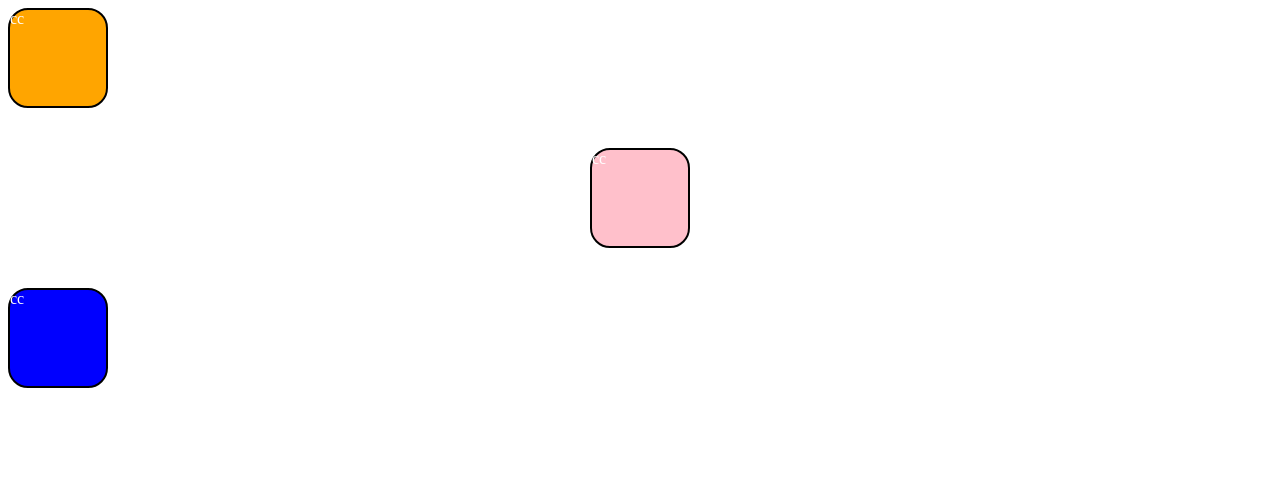
Repository: 16-Doffy/howtouse-htmlcss
Page: box_sizing/index.html
These files come from the project's save history. The page is drawn as it stood at one moment and after the next save; the edit follows.
The browser window is 1280 px wide. The pictures show the whole page.

Above is the page before, as saved 2024-12-20 19:38:17.

### box_sizing/index.html
<!DOCTYPE html>
<html lang="en">
<head>
    <meta charset="UTF-8">
    <meta name="viewport" content="width=device-width, initial-scale=1.0">
    <link rel="stylesheet" href="styles.css">
    <title>Box-Sizing</title>
</head>
<body>
        <div class="boxed">cc</div>
        <div class="boxed">cc</div>
        <div class="boxed">cc</div>
        <div class="follow"></div>
</body>
</html>

### box_sizing/styles.css

*,
*::before,
*::after{
    box-sizing: border-box;
}
.boxed{
    width: 100px;
    height: 100px;
    border-radius: 20px;
    border: 2px solid black;
    background-color: blue;
    color: white;
    /* display: flex;
    align-items: center;
    justify-content: center; */
}
.boxed:first-child{
    background-color: orange;
    margin-bottom: 40px;
}
.boxed:nth-child(2){
    background-color: pink;
    /* margin-top: 20px;
    margin-bottom: 20px;
    margin-left: 50px;
    margin-left: auto;
    margin-right: auto; thay thế = margin: top / right / bot / left*/
    margin: 10px 0px 30px 0px;
    margin: 0 auto;
    margin-inline: auto;   /*margin-right/left*/
    margin-block: 40px;/*margin-top/lbot*/
}

After the next save:
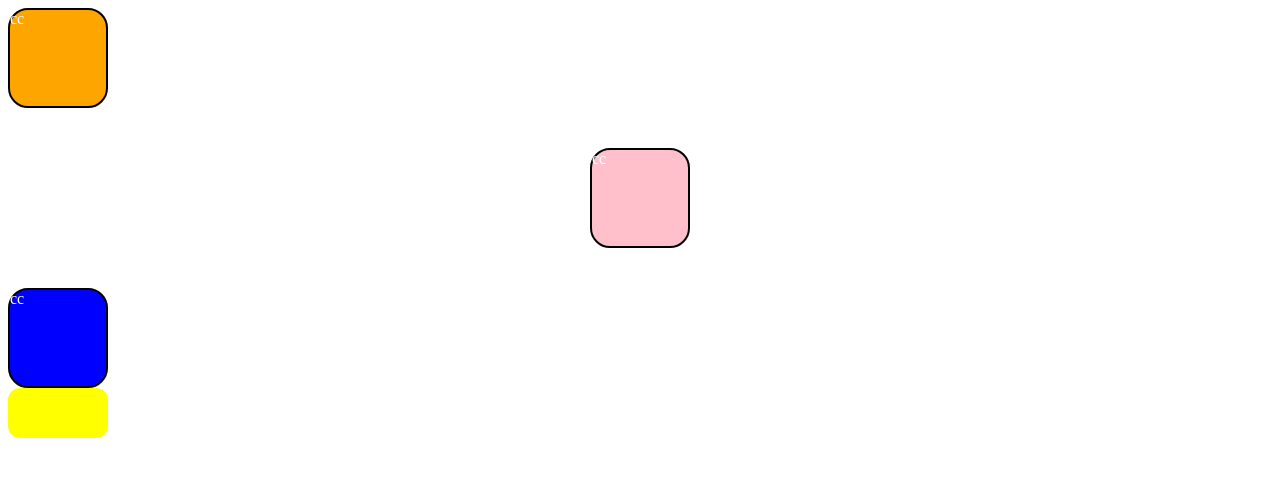
Saved 55 s later.
--- a/box_sizing/styles.css
+++ b/box_sizing/styles.css
@@ -31,3 +31,12 @@
     margin-inline: auto;   /*margin-right/left*/
     margin-block: 40px;/*margin-top/lbot*/
 }
+.follow{
+    width: 100px;
+    height: 50px;
+    border-radius: 12px;
+    background-color: yellow;
+    text-align: center;
+    border: none;
+    font-size: 15px;
+}
